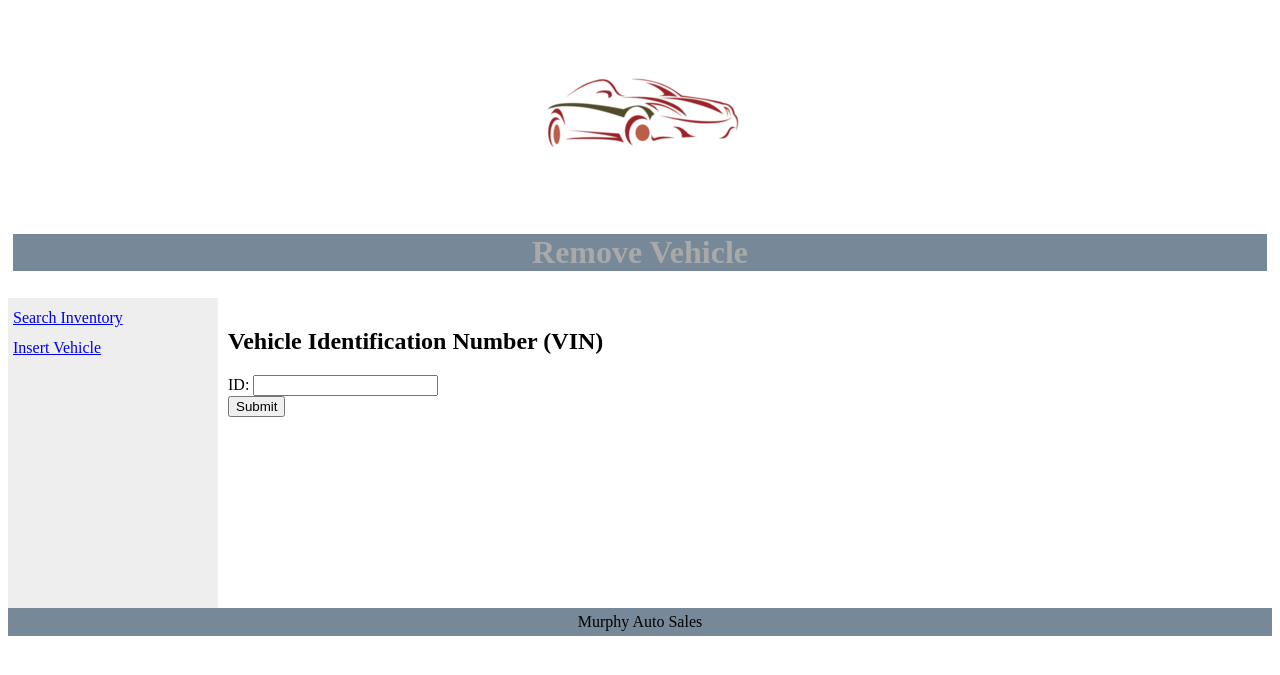
Repository: CamdenMurphy/workspace4830-intro-to-software-engineering
Page: techExercise/techExercise-Murphy/src/main/webapp/delete_murphy.html
The author's editor kept a copy of each file at every save. The page is drawn from the files as they stood at one save, then again after the next save.
The browser window is 1280 px wide. The pictures show the whole page.

Above is the page before, as saved 2023-10-12 06:28:08.

### techExercise/techExercise-Murphy/src/main/webapp/delete_murphy.html
<html>
<head>
<style>
header {

	text-align: center;
    padding:5px;
}
nav {
    line-height:30px;
    background-color:#eeeeee;
    height:300px;
    width:200px;
    float:left;
    padding:5px;
}
img {
	display: inline-block;
}
section {
    width:500px;
    float:left;
    padding:10px;
}
footer {
    background-color:lightslategray;
    color:;
    clear:both;
    text-align:center;
    padding:5px;
}
header h1 {
	background-color: lightslategray;
	color: darkgray;
}
</style>
</head>

<body>
<header>
	<img src="car_icon.webp" alt="car logo">
	<h1> Remove Vehicle </h1>
</header>

<nav>
<a href="/techExercise-Murphy/search_murphy.html">Search Inventory</a> <br>
<a href="/techExercise-Murphy/insert_murphy.html">Insert Vehicle</a> <br>
</nav>

<section>
	<h1>Vehicle Identification Number (VIN)</h1>

	<form action="DeleteMurphy" method="POST">

		ID: <input type="text" name="id"> <br/>

		<input type="submit" value="Submit" />
	</form>
</section>

<footer>
	Murphy Auto Sales
</footer>
</body>
</html>

After the next save:
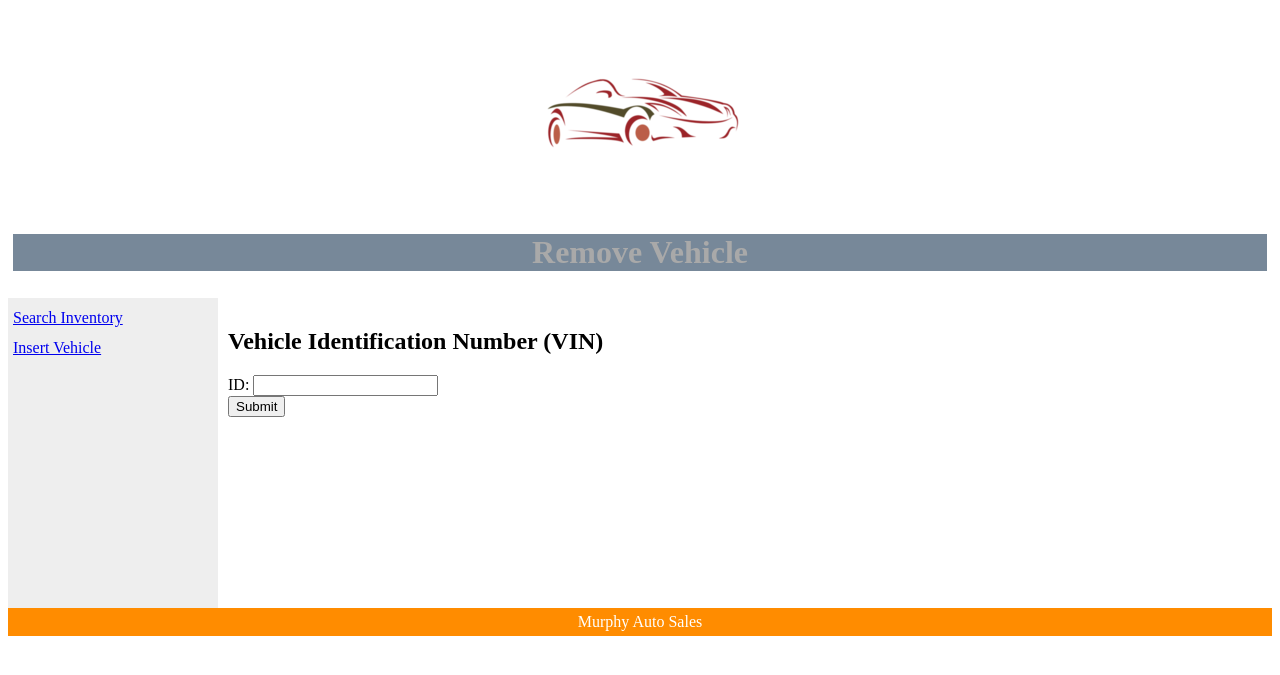
Saved 18 s later.
--- a/techExercise/techExercise-Murphy/src/main/webapp/delete_murphy.html
+++ b/techExercise/techExercise-Murphy/src/main/webapp/delete_murphy.html
@@ -23,8 +23,8 @@ section {
     padding:10px;
 }
 footer {
-    background-color:lightslategray;
-    color:;
+    background-color:darkorange;
+    color:White;
     clear:both;
     text-align:center;
     padding:5px;
